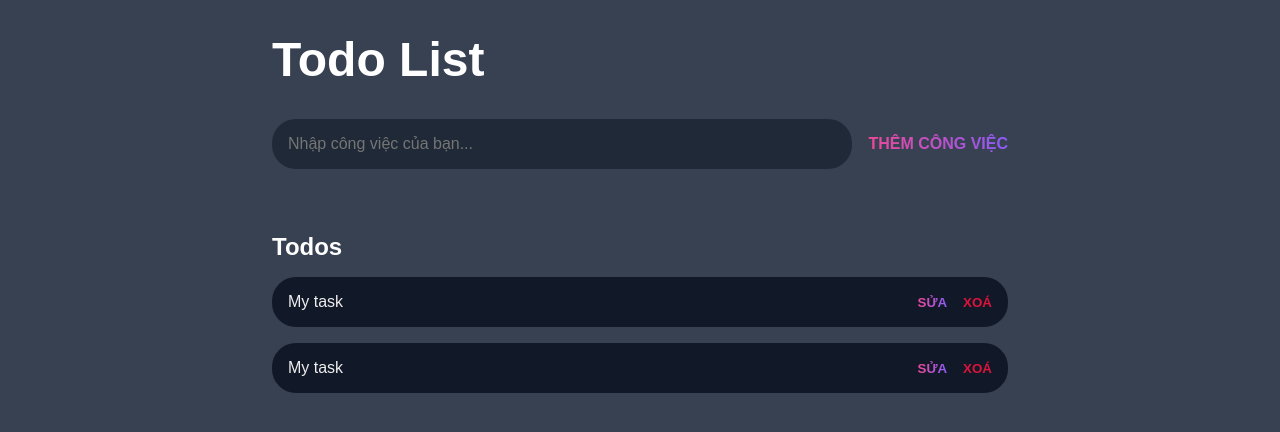
Repository: ntheanh/Todo-List
Page: index.html
These files come from the project's save history. The page is drawn as it stood at one moment and after the next save; the edit follows.
The browser window is 1280 px wide. The pictures show the whole page.
The style sheet was rebuilt from its Sass, Less or Tailwind sources for each picture, by a compiler version that may differ from the author's.

Above is the page before, as saved 2023-03-15 23:10:43.

### index.html
<!DOCTYPE html>
<html lang="en">
  <head>
    <meta charset="UTF-8" />
    <meta http-equiv="X-UA-Compatible" content="IE=edge" />
    <meta name="viewport" content="width=device-width, initial-scale=1.0" />
    <title>My Todo List</title>
    <link rel="stylesheet" href="style.css" />
  </head>
  <body>
    <header>
      <h1>Todo List</h1>
      <form action="" id="new-todo-form">
        <input
          id="new-todo-input"
          type="text"
          name="todo"
          placeholder="Nhập công việc của bạn... "
        />
        <input id="new-todo-submit" type="submit" value="Thêm Công Việc" />
      </form>
    </header>
    <main>
      <section class="task-list">
        <h2>Todos</h2>
        <div id="tasks">
          <div class="task">
            <div class="content">
              <input
                type="text"
                class="content_input"
                value="My task"
                readonly
              />
            </div>
            <div class="actions">
              <button class="edit">Sửa</button>
              <button class="delete">Xoá</button>
            </div>
          </div>
          <div class="task">
            <div class="content">
              <input
                type="text"
                class="content_input"
                value="My task"
                readonly
              />
            </div>
            <div class="actions">
              <button class="edit">Sửa</button>
              <button class="delete">Xoá</button>
            </div>
          </div>
        </div>
      </section>
    </main>

    <script src="app.js"></script>
  </body>
</html>

### style.scss
:root {
  --dark: #374151;
  --darker: #1f2937;
  --darkest: #111827;
  --gray: #6b7280;
  --light: #eee;
  --pink: #ec4899;
  --purple: #8b5cf6;
}

* {
  margin: 0;
  padding: 0;
  box-sizing: border-box;
  font-family: "Poppins", sans-serif;
}

body {
  display: flex;
  flex-direction: column;
  min-height: 100vh;
  background: var(--dark);
  color: #fff;
}

header {
  padding: 2rem;
  width: 100%;
  max-width: 800px;
  margin: 0 auto;
  h1 {
    font-size: 3rem;
    font-weight: 600;
    margin-bottom: 2rem;
  }
}
#new-todo-form {
  display: flex;
}

input,
button {
  appearance: none;
  border: none;
  outline: none;
  background: none;
}

#new-todo-input {
  flex: 1 1 0%;
  background: var(--darker);
  padding: 1rem;
  border-radius: 1.5rem;
  margin-right: 1rem;
  color: var(--light);
  font-size: 1rem;
}
#new-todo-submit {
  color: var(--pink);
  font-size: 1rem;
  font-weight: 700;
  text-transform: uppercase;
  background: linear-gradient(to right, var(--pink), var(--purple));
  background-clip: text;
  -webkit-text-fill-color: transparent;
  transition: 0.4s;
  &:hover {
    opacity: 0.8;
  }
  &:active {
    opacity: 0.6;
  }
}

main {
  flex: 1 1 0%;
  width: 100%;
  max-width: 800px;
  margin: 0 auto;
  .task-list {
    padding: 2rem;
    h2 {
      font-size: 1.5rem;
      font-weight: 600;
      margin-bottom: 1rem;
    }
    #tasks .task {
      display: flex;
      justify-content: space-between;
      background: var(--darkest);
      padding: 1rem;
      border-radius: 1.5rem;
      margin-bottom: 1rem;
      .content .content_input {
        color: var(--light);
        font-size: 1rem;
        font-weight: 500;
        &:not(:read-only) {
          color: var(--pink);
        }
      }
      .actions {
        display: flex;
        margin: 0 -0.5rem;
        button {
          text-transform: uppercase;
          margin: 0 0.5rem;
          cursor: pointer;
          font-weight: 600;
          transition: 0.4s;
          &:hover {
            opacity: 0.7;
          }
          &:active {
            opacity: 0.6;
          }
        }
        .edit {
          color: var(--pink);
          background: linear-gradient(to right, var(--pink), var(--purple));
          background-clip: text;
          -webkit-text-fill-color: transparent;
        }
        .delete {
          color: crimson;
        }
      }
    }
  }
}

Loaded but not shown: app.js (no stored copy; drawn as an empty file)

After the next save:
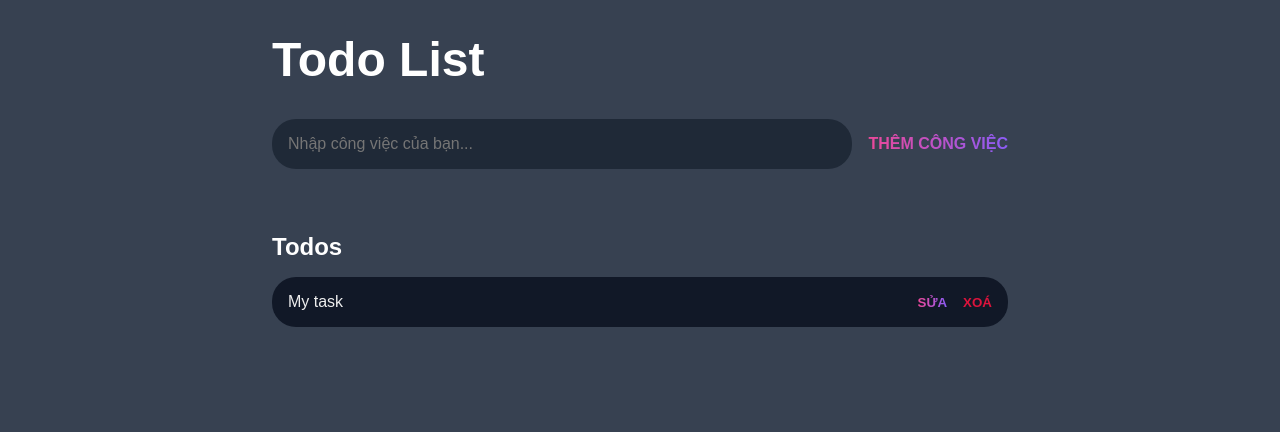
Saved 9 h 23 min later.
--- a/index.html
+++ b/index.html
@@ -24,7 +24,7 @@
       <section class="task-list">
         <h2>Todos</h2>
         <div id="tasks">
-          <div class="task">
+          <!-- <div class="task">
             <div class="content">
               <input
                 type="text"
@@ -37,7 +37,7 @@
               <button class="edit">Sửa</button>
               <button class="delete">Xoá</button>
             </div>
-          </div>
+          </div> -->
           <div class="task">
             <div class="content">
               <input
